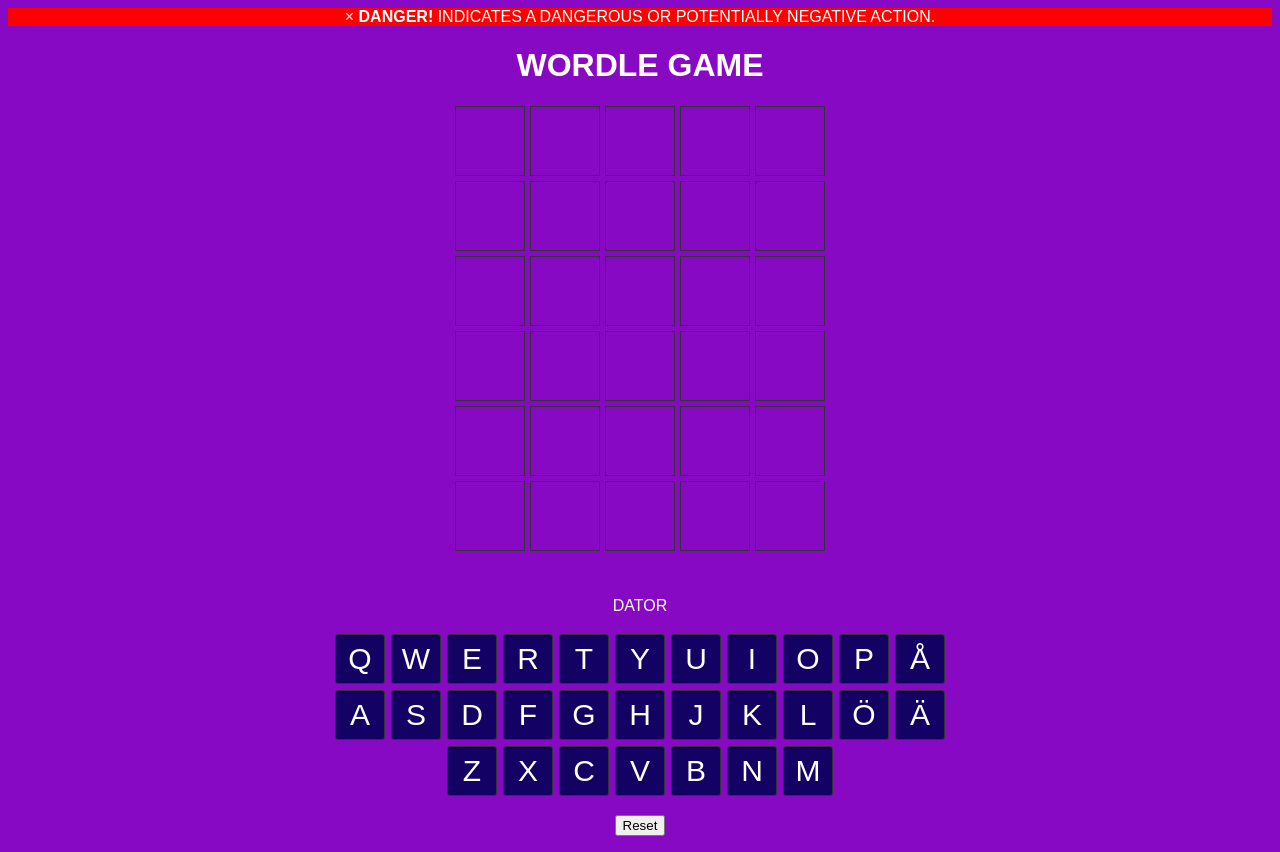
Repository: KarimIsaac/WorldeGame
Page: index.html
The author's editor kept a copy of each file at every save. The page is drawn from the files as they stood at one save, then again after the next save.
The browser window is 1280 px wide. The pictures show the whole page.

Above is the page before, as saved 2022-03-13 07:37:19.

### index.html
<!DOCTYPE html>
<html lang="en">
<head>
    <meta charset="UTF-8">
    <meta http-equiv="X-UA-Compatible" content="IE=edge">
    <meta name="viewport" content="width=device-width, initial-scale=1.0">
    <title>Worlde Game</title>
    <link rel="stylesheet" href="style.css">
</head>
<body>
    <div class="alert">
        <span class="closebtn" onclick="this.parentElement.style.display='none';">&times;</span>
        <strong>Danger!</strong> Indicates a dangerous or potentially negative action.
      </div>
    <h1>Wordle Game</h1>
    <div id="grid"></div>
    <p id="answer"></p>
    <div id="keyboard"></div>

    <p>
      <button onClick="init()">Reset</button>
      </o>

      <script src="script.js"></script>
</body>
</html>

### style.css
html,
body {
  text-align: center;
  background: rgb(136, 9, 196);
  color: white;
  text-transform: uppercase;
  font-family: sans-serif;
}

#grid {
  display: inline-grid;
  grid-template-rows: repeat(6, 70px);
  grid-template-columns: repeat(5, 70px);
  gap: 5px;
  margin-bottom: 30px;
}

#grid div {
  border: 1px solid #333;
  display: flex;
  align-items: center;
  justify-content: center;
  font-size: 40px;
}

#keyboard button {
  appearance: none;
  border: 1px solid #333;
  background: rgb(19, 1, 100);
  color: rgb(255, 255, 255);
  font-size: 30px;
  display: inline-block;
  width: 50px;
  height: 50px;
  line-height: 1;
  margin: 3px;
  text-transform: uppercase;
  border-radius: 3px;
}

.alert{
background-color: red;

}

### script.js
const grid = document.getElementById("grid");
const keyboard = document.getElementById("keyboard");

let answer = "";

const words = [
, "spela"
, "äpple"
, "hoppa"
, "dansa"
, "dator"
, "cykla"
, "skola"
, "TRÄNA"
];

let attempts = [];
let currentAttempt = "";

function drawGrid() {
  grid.innerHTML = "";

  for (i = 0; i < 6; i++) {
    for (j = 0; j < 5; j++) {
      const cell = document.createElement("div");
      grid.appendChild(cell);
    }
  }
}

function drawKeyboard() {
  keyboard.innerHTML = "";

  renderKeyboardRow("qwertyuiopå");
  renderKeyboardRow("asdfghjklöä");
  renderKeyboardRow("zxcvbnm");
}

function renderKeyboardRow(chars) {
  const row = document.createElement("div");

  for (const c of chars) {
    const key = document.createElement("button");
    key.textContent = c;
    key.onclick = () => playLetter(c);

    row.appendChild(key);
  }

  keyboard.appendChild(row);
}

function renderAttempts() {
  for (i = 0; i < attempts.length; i++) {
    const attempt = attempts[i];

    for (j = 0; j < 5; j++) {
      const letter = attempt[j];

      cell = grid.children[i * 5 + j];
      cell.textContent = letter;

      if (letter === answer[j]) {
        cell.style.backgroundColor = "green";
      } else if (answer.includes(letter)) {
        cell.style.backgroundColor = "#bfbf2e";
      } else {
        cell.style.backgroundColor = "#000";
      }
    }
  }
}

function renderCurrentAttempt() {
  for (i = 0; i < 5; i++) {
    const letter = currentAttempt[i] || "";

    cell = grid.children[attempts.length * 5 + i];
    cell.textContent = letter;
  }
}

function playLetter(letter) {
  currentAttempt = currentAttempt + letter;

  renderCurrentAttempt();
}

function handleInput(e) {
  const key = e.key.toLowerCase();

  if (key === "enter" && currentAttempt.length === 5) {
    attempts.push(currentAttempt);
    currentAttempt = "";

    renderAttempts();
  }

  if (key === "backspace" && currentAttempt.length) {
    const letters = currentAttempt.split("");
    letters.pop();
    currentAttempt = letters.join("");

    renderCurrentAttempt();
  }

  if (/^[a-z]$/.test(key) && currentAttempt.length < 5) {
    playLetter(key);
  }
}

function init() {
  attempts = [];
  currentAttempt = "";

  answer = words[Math.floor(Math.random() * words.length)];

  document.getElementById("answer").textContent = answer;

  drawGrid();
  drawKeyboard();

  renderAttempts();
  renderCurrentAttempt();

  document.removeEventListener("keydown", handleInput);
  document.addEventListener("keydown", handleInput);
}

init();

After the next save:
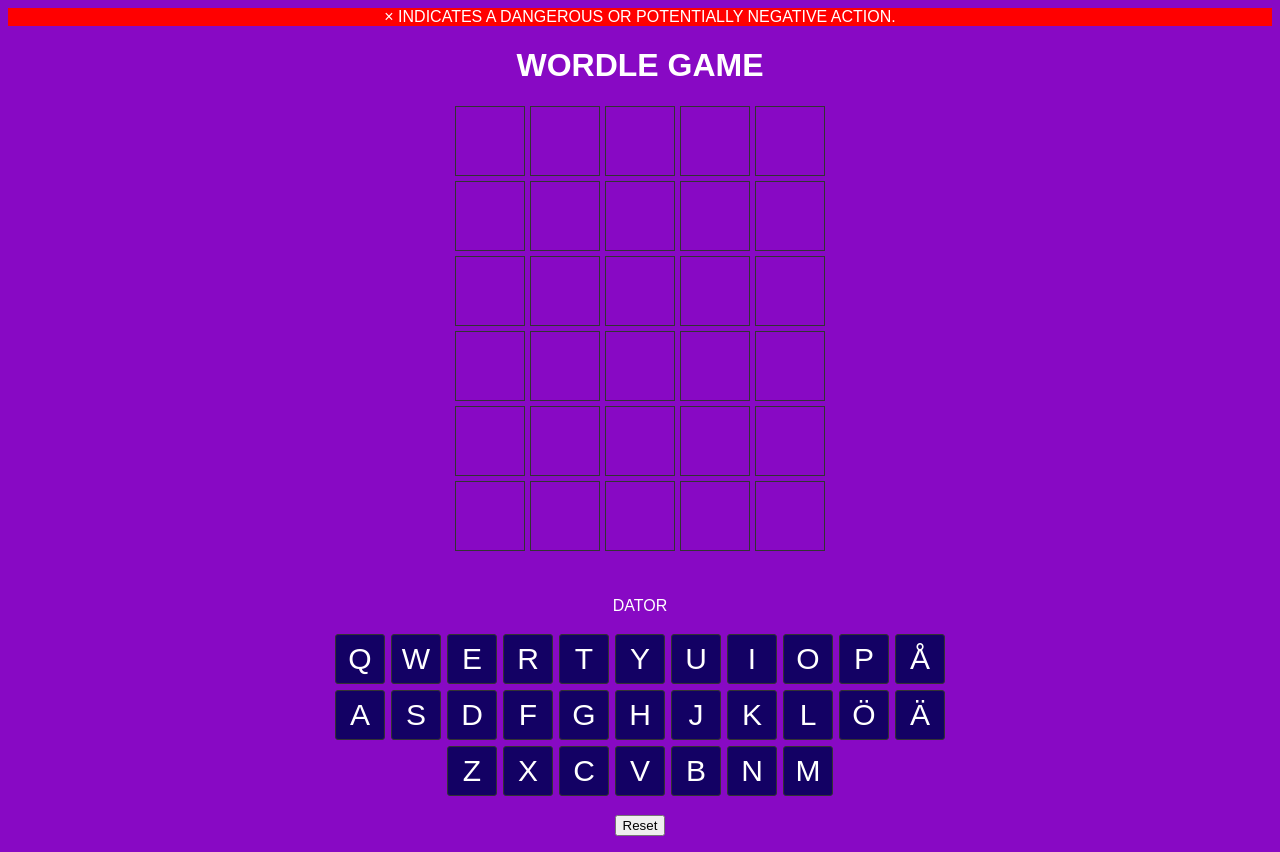
Saved 20 s later.
--- a/index.html
+++ b/index.html
@@ -10,7 +10,7 @@
 <body>
     <div class="alert">
         <span class="closebtn" onclick="this.parentElement.style.display='none';">&times;</span>
-        <strong>Danger!</strong> Indicates a dangerous or potentially negative action.
+        Indicates a dangerous or potentially negative action.
       </div>
     <h1>Wordle Game</h1>
     <div id="grid"></div>
